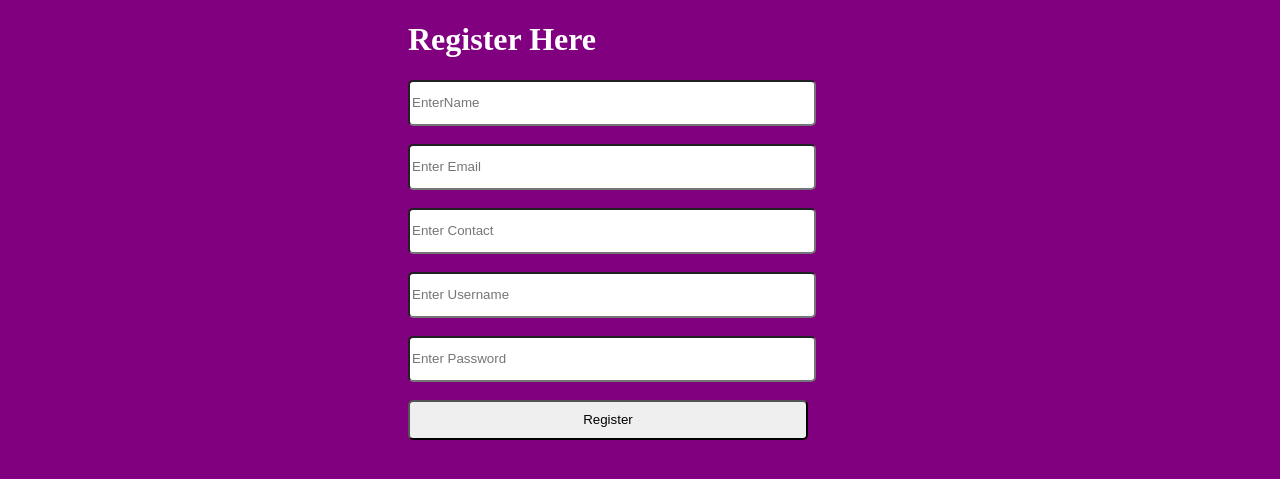
Repository: vaibhaokamble/MY_INSTITUTE_PUNE
Page: SERVLET/MiniProjectServlet/src/main/webapp/register.html
An editor plug-in stored every save of this project. The page is shown before and after the next save, followed by the edit.
The browser window is 1280 px wide. The pictures show the whole page.

Above is the page before, as saved 2022-10-20 06:30:23.

After the next save:
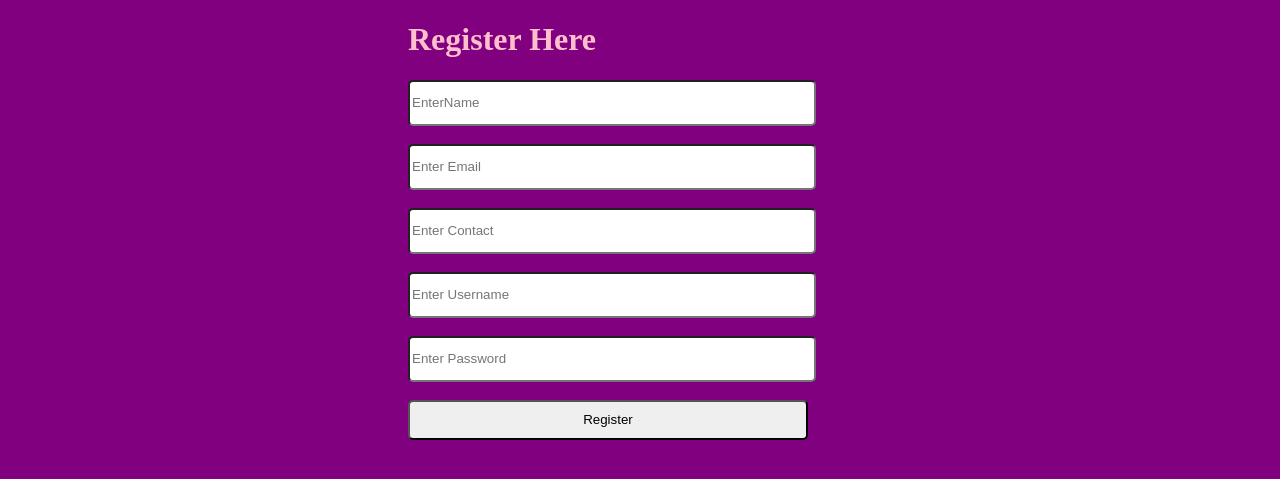
Saved 2 min 57 s later.
--- a/SERVLET/MiniProjectServlet/src/main/webapp/css/register.css
+++ b/SERVLET/MiniProjectServlet/src/main/webapp/css/register.css
@@ -12,7 +12,7 @@ div {
 }
 
 h1 {
-	color: white;
+	color: pink;
 }
 
 .control {
